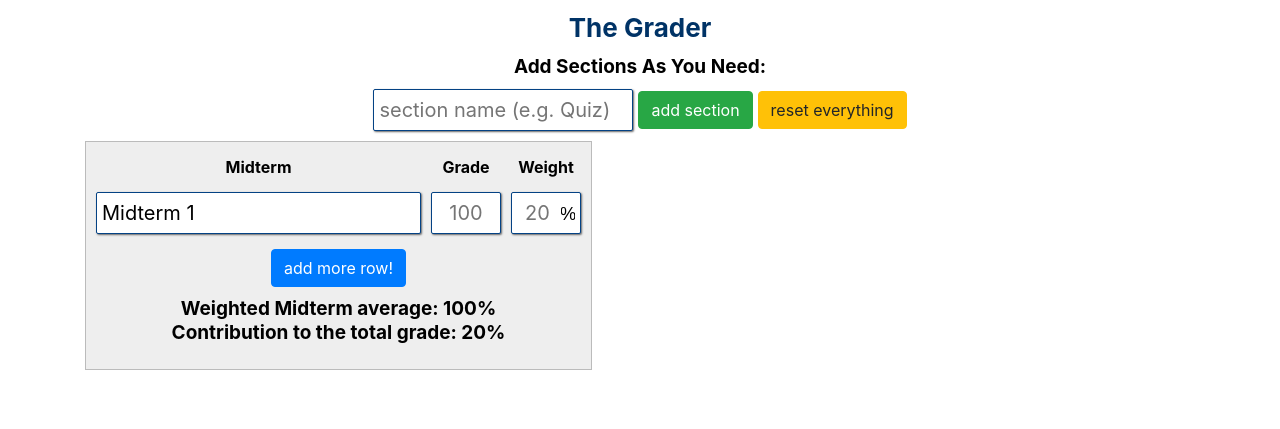
Repository: BarishNamazov/BarishNamazov.github.io
Page: thegrader/index.html
The author's editor kept a copy of each file at every save. The page is drawn from the files as they stood at one save, then again after the next save.
The browser window is 1280 px wide. The pictures show the whole page.

Above is the page before, as saved 2020-10-31 18:56:55.

After the next save:
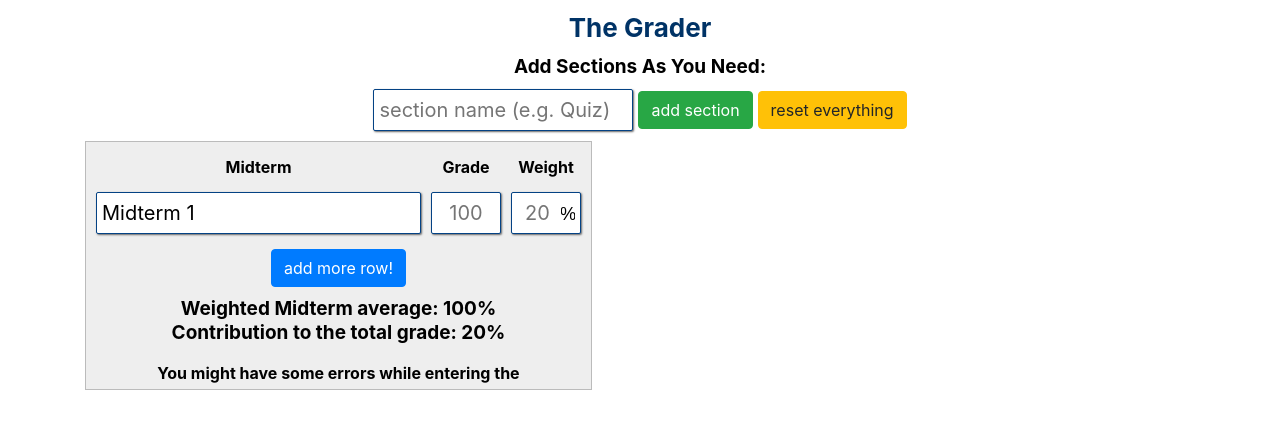
Saved 12 s later.
--- a/thegrader/index.html
+++ b/thegrader/index.html
@@ -53,7 +53,7 @@
                       <br>
                       Contribution to the total grade: <span class="sectionContribution">20</span>%
                       <div class="failSafe">
-                        <br
+                        <br> You might have some errors while entering the
                       </div>
                     </h3>
 
